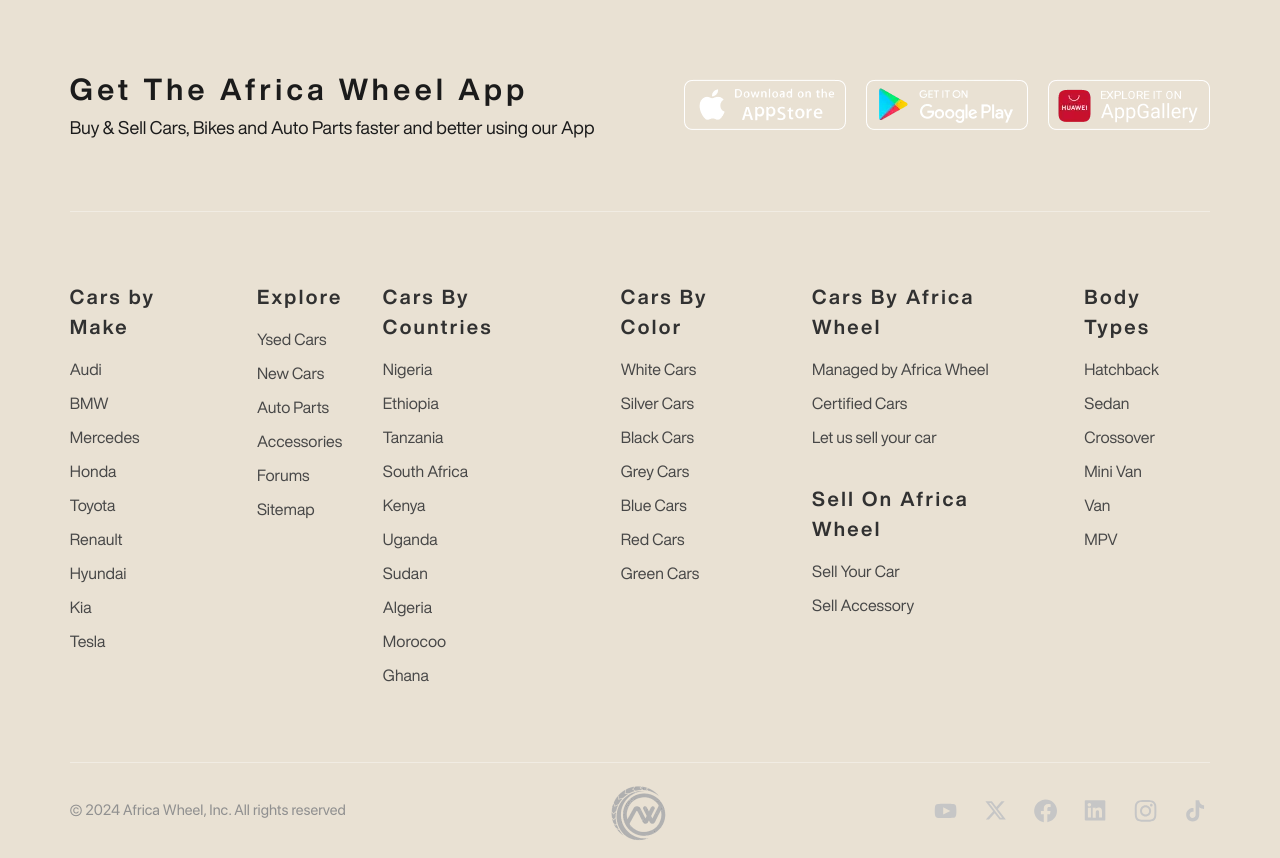
Repository: usmanunitedsol/africa_wheel
Page: pages/index.html
An editor plug-in stored every save of this project. The page is shown before and after the next save, followed by the edit.
The browser window is 1280 px wide. The pictures show the whole page.
The style sheet was rebuilt from its Sass, Less or Tailwind sources for each picture, by a compiler version that may differ from the author's.

Above is the page before, as saved 2024-08-29 16:01:45.
Console error: TypeError: Cannot read properties of null (reading 'addEventListener')

After the next save:
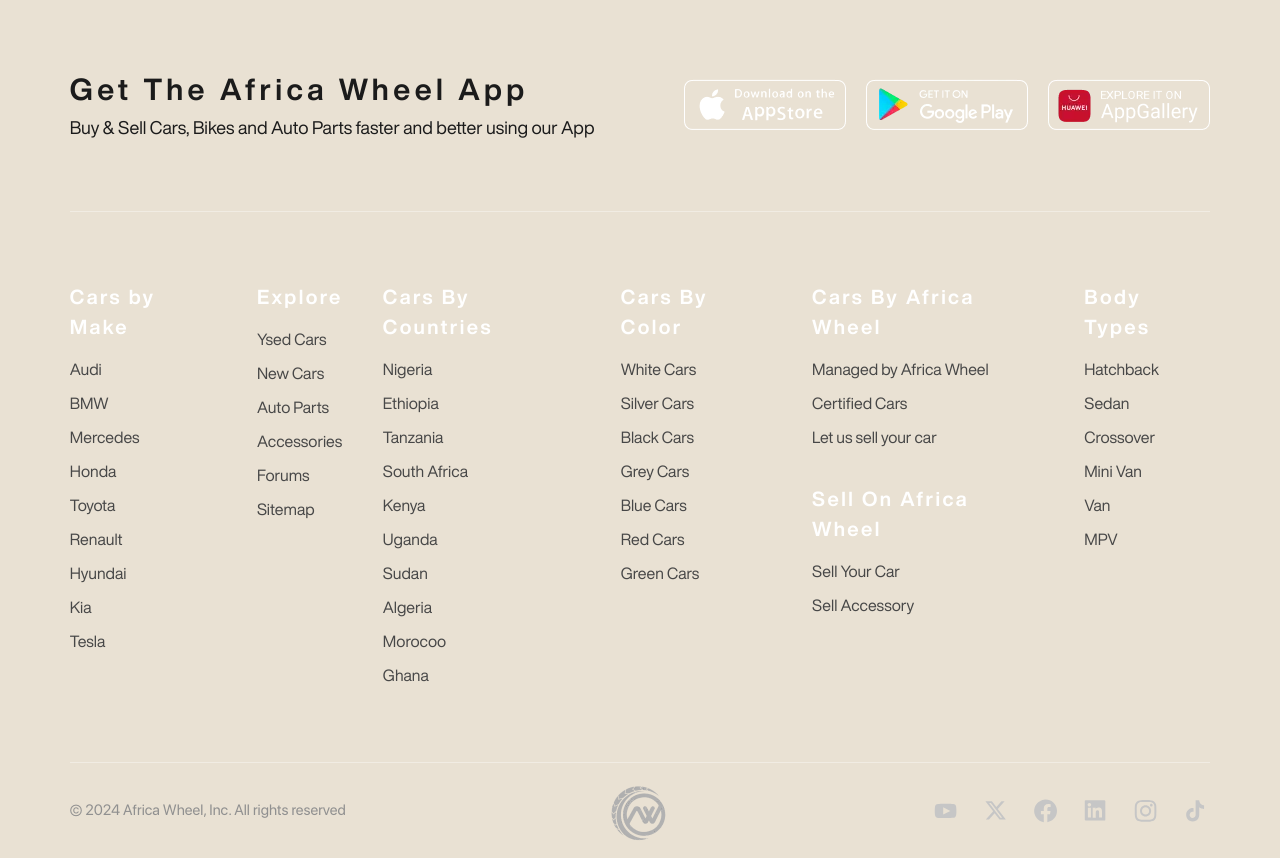
Saved 5 s later.
--- a/assets/style/less/footer.less
+++ b/assets/style/less/footer.less
@@ -96,7 +96,7 @@
         }
         .footer_body {
                 .footer_block{
-                           .footer_title { font-size: 20px; line-height: 30px; font-weight: 600; color: #313131; margin-bottom: 10px; }
+                           .footer_title { font-size: 20px; line-height: 30px; font-weight: 600; margin-bottom: 10px; }
 
                         .links{ .footer_link {
                             font-size: 16px; line-height: 24px; color: #474747; display: block; padding: 5px 0px; transition: .3s ease-in-out;
